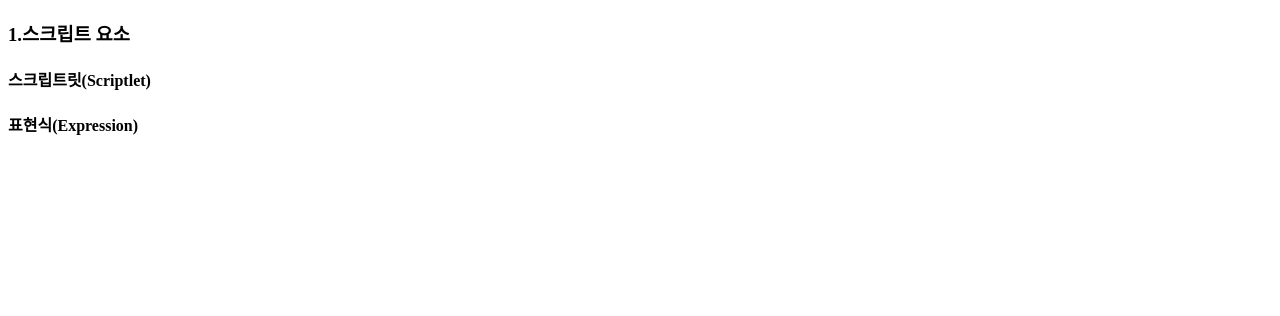
Repository: cms8474/JSP
Page: http://localhost/ch02/1_Scriptlet.jsp
The author's editor kept a copy of each file at every save. The page is drawn from the files as they stood at one save, then again after the next save.
The browser window is 1280 px wide. The pictures show the whole page.
The page is served by Tomcat 9.

Above is the page before, as saved 2025-07-28 01:20:13.

After the next save:
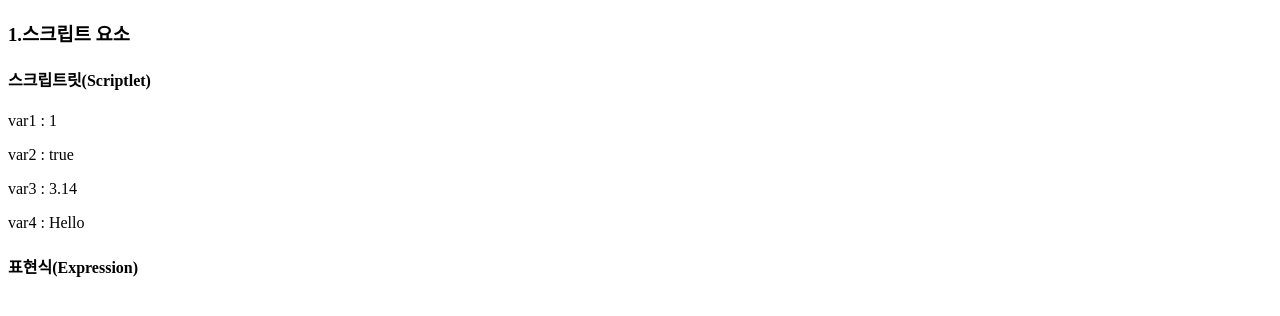
Saved 93 s later.
--- a/ch02/src/main/webapp/1_Scriptlet.jsp
+++ b/ch02/src/main/webapp/1_Scriptlet.jsp
@@ -20,6 +20,13 @@
 			boolean var2 = true;
 			double 	var3 = 3.14;
 			String 	var4 = "Hello";
+
+			out.println("<p>var1 : " + var1 + "</p>");
+			out.println("<p>var2 : " + var2 + "</p>");
+			out.println("<p>var3 : " + var3 + "</p>");
+			out.println("<p>var4 : " + var4 + "</p>");
+
+			out.println();
 		%>
 		<h4>표현식(Expression)</h4>
 
